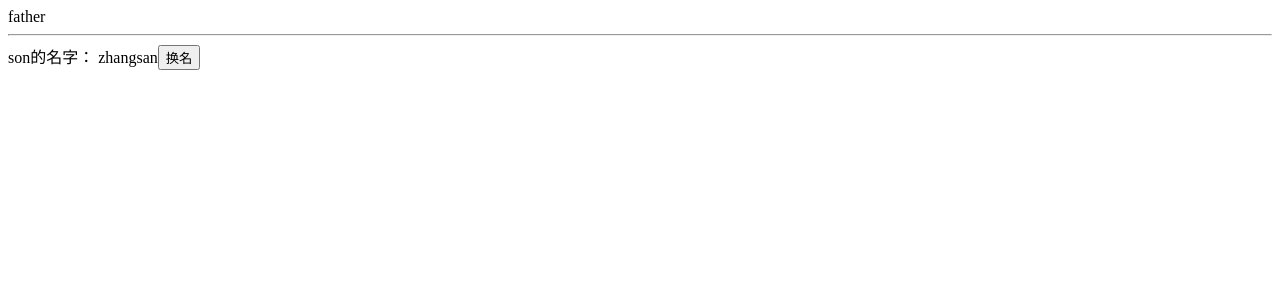
Repository: WanYouwen/react_study_code
Page: day02/03-父子组件通信/test.html
These files come from the project's save history. The page is drawn as it stood at one moment and after the next save; the edit follows.
The browser window is 1280 px wide. The pictures show the whole page.

Above is the page before, as saved 2020-08-12 14:51:27.

After the next save:
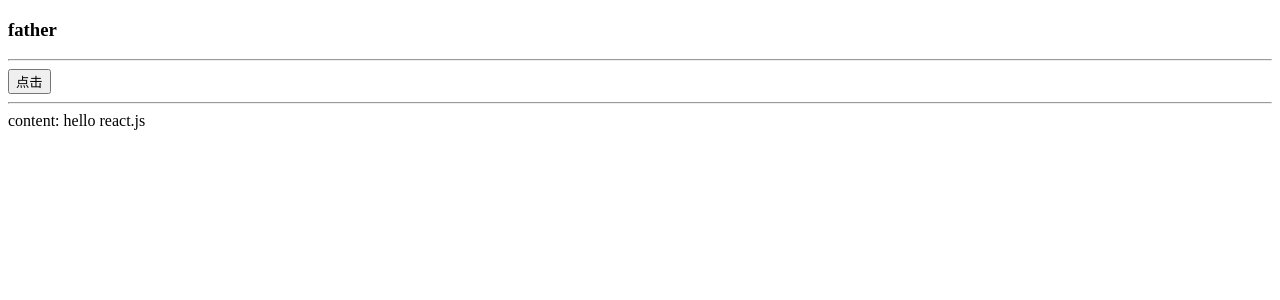
Saved 8 min 47 s later.
--- a/day02/03-父子组件通信/test.html
+++ b/day02/03-父子组件通信/test.html
@@ -13,56 +13,89 @@
   <script src="../../base/browser.min.js"></script>
 
   <script type="text/babel">
-    let Father = React.createClass({
-      getInitialState() {
-        return {
-          name: 'zhangsan',
-        };
-      },
-      nameChange() {
-        this.setState({
-          name: 'lisi~~~~~',
-        });
+    // let Father = React.createClass({
+    //   getInitialState() {
+    //     return {
+    //       name: 'zhangsan',
+    //     };
+    //   },
+    //   nameChange() {
+    //     this.setState({
+    //       name: 'lisi~~~~~',
+    //     });
+    //   },
+    //   render() {
+    //     let { name } = this.state;
+    //     return (
+    //       <div>
+    //         father
+    //         <hr />
+    //         {/**
+    //           <Son name={name} fn={this.nameChange('ddd')}></Son>
+    //           */}
+    //         <Son name={name} fn={() => this.nameChange()} />
+    //       </div>
+    //     );
+    //   },
+    // });
+
+    // var Son = React.createClass({
+    //   render() {
+    //     console.log(this.props, 'props');
+    //     let { fn, name } = this.props;
+    //     return (
+    //       <div>
+    //         son的名字： {this.props.name}
+    //         <button onClick={fn}>换名</button>
+    //       </div>
+    //     );
+    //   },
+    // });
+
+    var Father = React.createClass({
+      change() {
+        this.refs.content.contentChange();
       },
       render() {
-        let { name } = this.state;
+        console.log('this.refs ', this.refs);
+        console.log('this', this);
         return (
           <div>
-            father
+            <h3>father</h3>
             <hr />
-            {/**
-              <Son name={name} fn={this.nameChange('ddd')}></Son>
-              */}
-            <Son name={name} fn={() => this.nameChange()} />
+            <Button ref="btn" change={this.change} />
+            <hr />
+            <Content ref="content" />
           </div>
         );
       },
     });
 
-    // var Son = React.createClass({
-    //   render() {
-    //     let { name, fn } = this.props;
-    //     return (
-    //       <div>
-    //         <button onClick={fn}>换名</button>
-    //         son的名字： {name}
-    //       </div>
-    //     );
-    //   },
-    // });
-    var Son = React.createClass({
+    var Button = React.createClass({
       render() {
-        console.log(this.props, 'props');
-        let { fn, name } = this.props;
         return (
           <div>
-            son的名字： {this.props.name}
-            <button onClick={fn}>换名</button>
+            <button onClick={this.props.change}>点击</button>
           </div>
         );
       },
     });
 
+    var Content = React.createClass({
+      getInitialState() {
+        return {
+          msg: 'hello react.js',
+        };
+      },
+      contentChange() {
+        this.setState({
+          msg: 'hello Yyb',
+        });
+      },
+      render() {
+        return <div>content: {this.state.msg}</div>;
+      },
+    });
     ReactDOM.render(<Father />, app);
   </script>
 </html>
